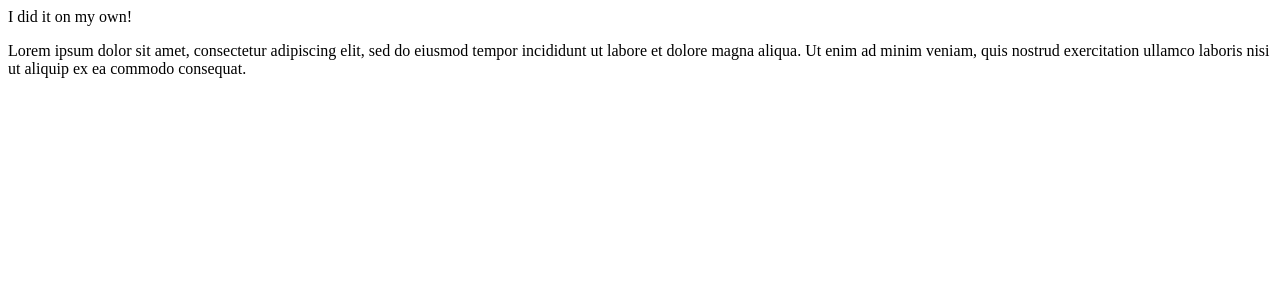
Repository: nashthecoder/code4days
Page: html_boilerplate/index.html
These files come from the project's save history. The page is drawn as it stood at one moment and after the next save; the edit follows.
The browser window is 1280 px wide. The pictures show the whole page.

Above is the page before, as saved 2023-03-16 14:35:19.

After the next save:
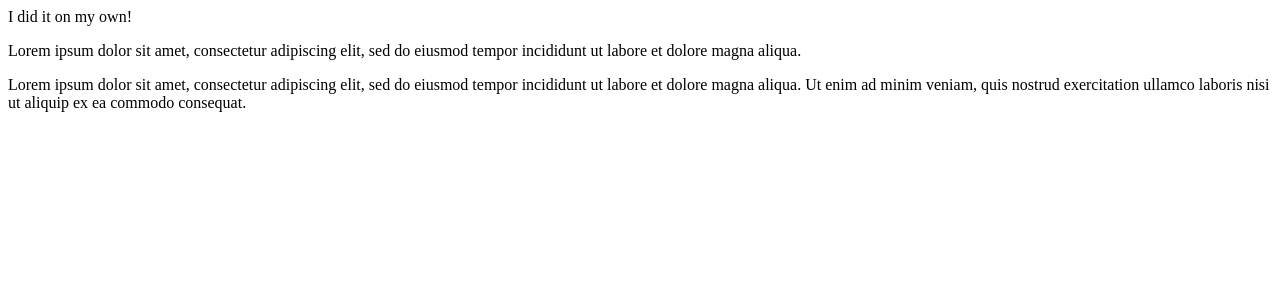
Saved 5 s later.
--- a/html_boilerplate/index.html
+++ b/html_boilerplate/index.html
@@ -9,7 +9,8 @@
 <body>
     I did it on my own!
 </body>
-<p></p>
+<p>Lorem ipsum dolor sit amet, consectetur adipiscing elit, sed do eiusmod tempor incididunt ut labore et dolore magna aliqua.
+</p>
 <p></p>
 Lorem ipsum dolor sit amet, consectetur adipiscing elit, sed do eiusmod tempor incididunt ut labore et dolore magna aliqua.
 
